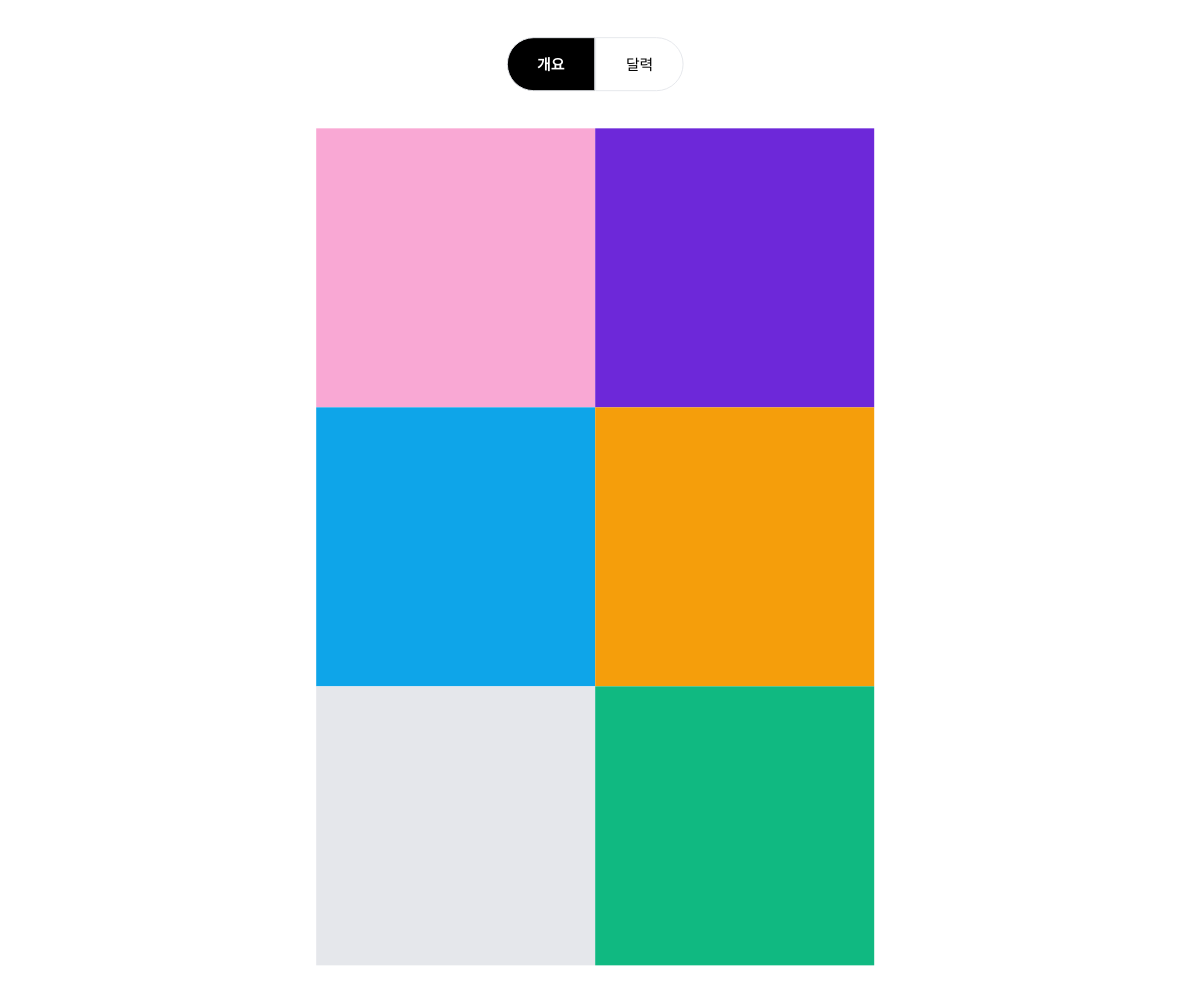
Repository: honey-punch/my-alcohol
Page: /
The author's editor kept a copy of each file at every save. The page is drawn from the files as they stood at one save, then again after the next save.
The browser window is 1280 px wide. The pictures show the whole page, at 93% of full size.
The project was rebuilt for these pictures with package versions that can differ from the ones it lists, and the page was loaded fresh each time. The framework's server and built-in components were replaced by stand-ins that run in the browser. Also part of the build but not shown: next.config.ts, src/app/_component/Calendar.tsx.

Above is the page before, as saved 2025-02-10 15:44:47.

After the next save:
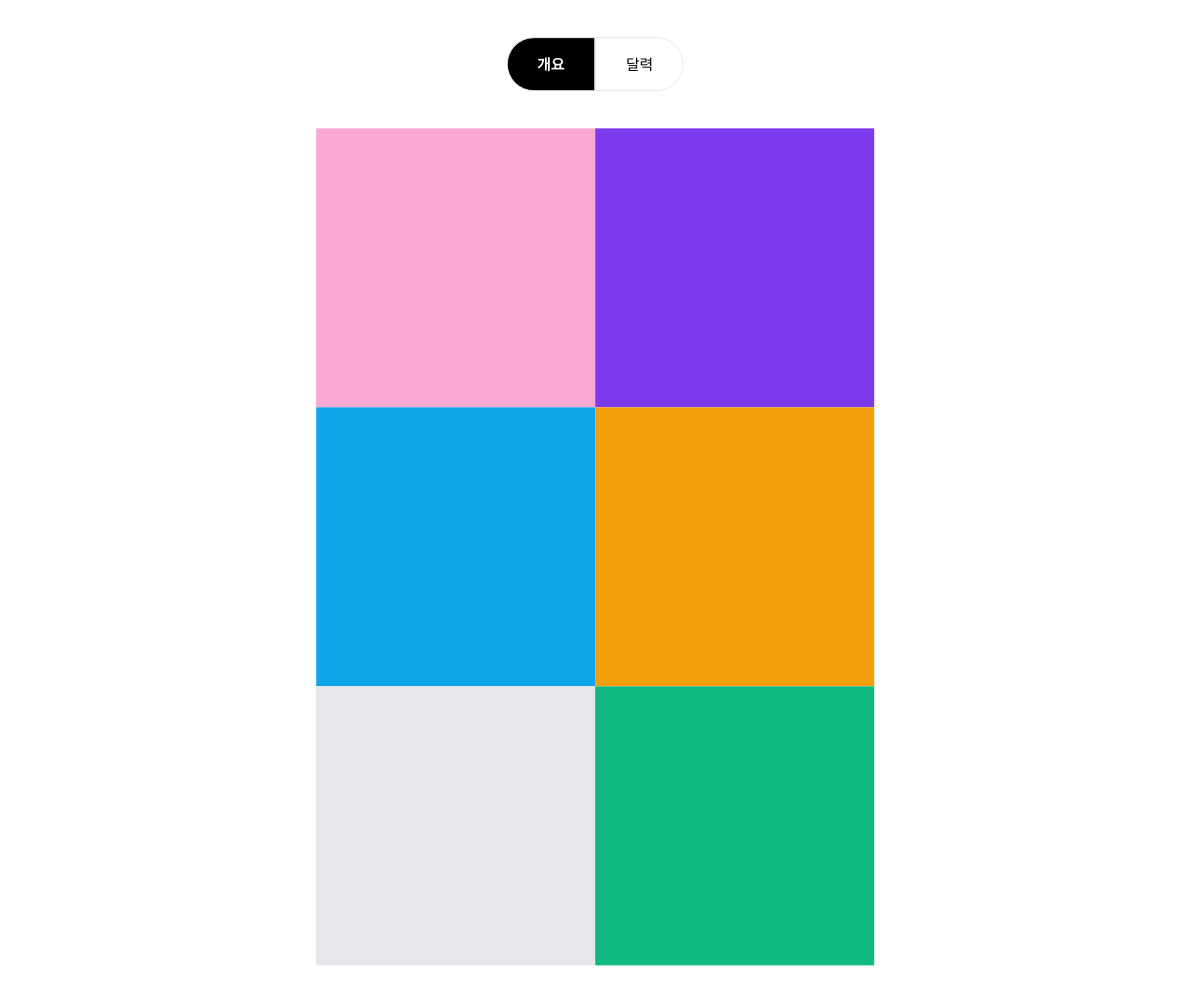
Saved 7 s later.
--- a/src/app/_component/Summary.tsx
+++ b/src/app/_component/Summary.tsx
@@ -32,7 +32,7 @@ export default function Summary() {
       ></div>
       <div
         style={{ width: `${BOX_SIZE}px`, height: BOX_SIZE }}
-        className="bg-violet-700"
+        className="bg-violet-600"
       ></div>
       <div
         style={{ width: `${BOX_SIZE}px`, height: BOX_SIZE }}
